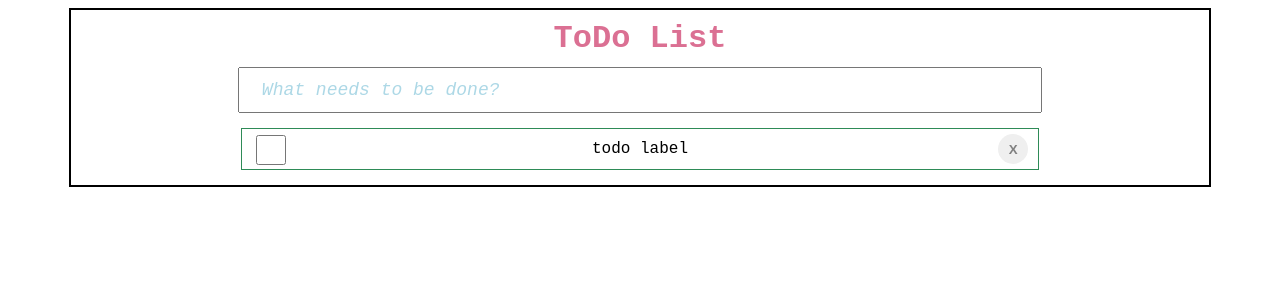
Repository: litalsh/To-Do-List
Page: index.html
The author's editor kept a copy of each file at every save. The page is drawn from the files as they stood at one save, then again after the next save.
The browser window is 1280 px wide. The pictures show the whole page.

Above is the page before, as saved 2019-10-24 18:30:05.

### index.html
<!DOCTYPE html>
<html lang="en">

<head>
    <meta charset="UTF-8">
    <meta name="viewport" content="width=device-width, initial-scale=1.0">
    <meta http-equiv="X-UA-Compatible" content="ie=edge">
    <link rel="stylesheet" href="style.css">
    <title>ToDo List</title>
</head>

<body>
    <div class="container">
        <header>
            <h1>ToDo List</h1>
            <input type="text" class="todo_input" placeholder="What needs to be done?">
        </header>
        <ul class="todo_list">
            <li class="todo_item">
                <input type="checkbox" class="checked">
                <label>todo label</label>
                <button class="remove">X</button>
            </li>
        </ul>
    </div>


    <script src="script.js"></script>
</body>

</html>

### style.css
body{
    font-family: 'Courier New', Courier, monospace;
  }

  .container{
    width: 90%;
    margin: 0 auto;
    border: 2px solid black;
    text-align: center;
  }

  header > h1{
    color: palevioletred;
    margin: 10px auto;
  }

  .todo_input{
    width: 70%;
    line-height: 40px;
    text-indent: 20px;
    font-family: 'Courier New', Courier, monospace;
    font-size: 18px;
    color: darkslategrey;

  }

  .todo_input::placeholder{
    font-style: italic;
    font-size: 18px;
    color: lightblue;
    font-family: 'Courier New', Courier, monospace;

  }

  .todo_list{
    list-style: none;
    padding: 0;
  }

  .todo_item{
      border: 1px solid seagreen;
      width: 70%;
      line-height: 40px;
      margin: -1px auto;
      position: relative;
  }

  .checked{
      width: 30px;
      height: 30px;
      position: absolute;
      top: 44%;
      left: 10px;;
      transform: translateY(-50%);
  }

  .remove{
    width: 30px;
    height: 30px;
    position: absolute;
    top: 50%;
    right: 10px;;
    transform: translateY(-50%);
    border-radius:50%;
    border: none;
    font-weight: bold;
    color: gray;
  }

### script.js
function newTodo(){
    let todoList = document.querySelector('todo_list'),
        todoItem = document.querySelector('.todo_item'),
        newTodoItem = document.createElement('li'),
        checked = document.querySelector('.checked'),
        todoCheckbox = document.createElement('input'),
        todoLabel = document.createElement('label'),
        remove = document.querySelector('.remove'),
        todoRemove = document.createElement('button');

        newTodoItem.classList.add('todoItem');
        todoList.appendChild(newTodo);
        todoCheckbox.type = 'checkbox';
        todoCheckbox.classList.add(checked);
        todoRemove.classList.add(remove);

        newTodoItem.append(todoCheckbox, todoLabel, todoRemove);
}

function createNewTodo(){
    newTodo();
}

// var gameCard = document.querySelector('.game-card'),
//                 cardCells = document.createElement('div');
//             cardCells.classList.add('card-cell');
//             gameCard.appendChild(cardCells);

After the next save:
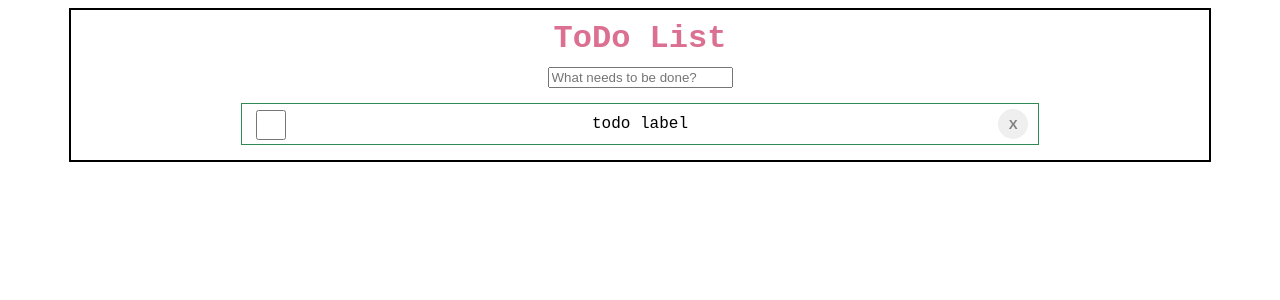
Saved 3 min 32 s later.
--- a/index.html
+++ b/index.html
@@ -13,7 +13,7 @@
     <div class="container">
         <header>
             <h1>ToDo List</h1>
-            <input type="text" class="todo_input" placeholder="What needs to be done?">
+            <input type="text" id="todo_input" placeholder="What needs to be done?">
         </header>
         <ul class="todo_list">
             <li class="todo_item">

After the save that followed:
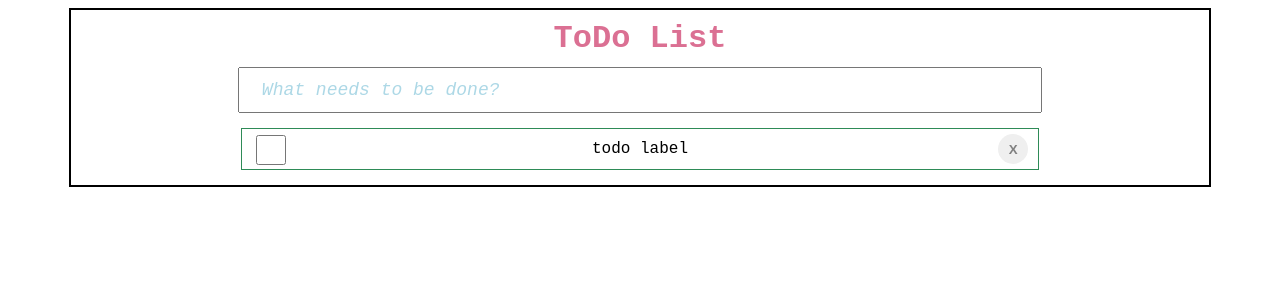
Saved 18 s later.
--- a/style.css
+++ b/style.css
@@ -14,7 +14,7 @@ body{
     margin: 10px auto;
   }
 
-  .todo_input{
+  #todo_input{
     width: 70%;
     line-height: 40px;
     text-indent: 20px;
@@ -24,7 +24,7 @@ body{
 
   }
 
-  .todo_input::placeholder{
+ #todo_input::placeholder{
     font-style: italic;
     font-size: 18px;
     color: lightblue;
